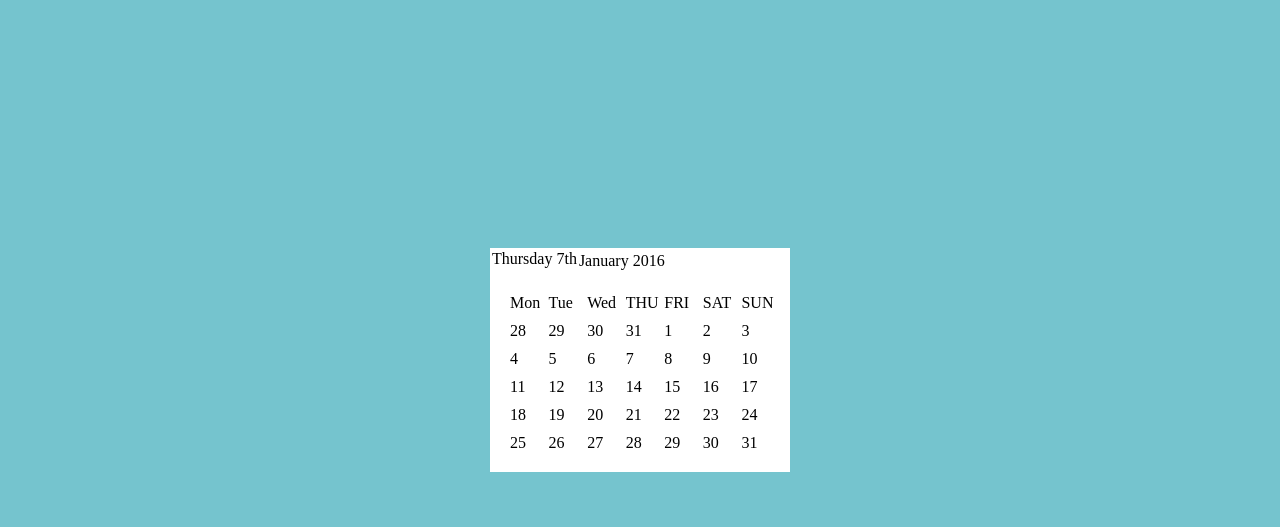
Repository: KYUUBI-K/HTML
Page: За 1 курс/Лаб 4/calendar.html
The author's editor kept a copy of each file at every save. The page is drawn from the files as they stood at one save, then again after the next save.
The browser window is 1280 px wide. The pictures show the whole page.

Above is the page before, as saved 2021-03-30 13:28:08.

After the next save:
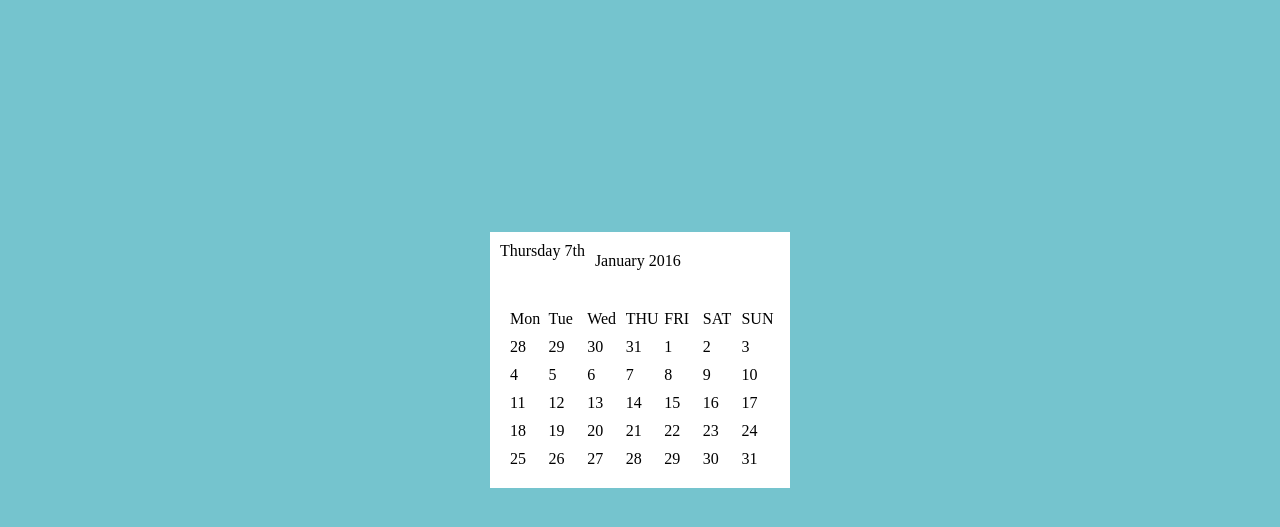
Saved 5 s later.
--- a/За 1 курс/Лаб 4/for_calend.css
+++ b/За 1 курс/Лаб 4/for_calend.css
@@ -22,5 +22,5 @@ body{
 }
 .today{
     display: flex;
-    padding: 2px;
+    padding: 10px;
 }
